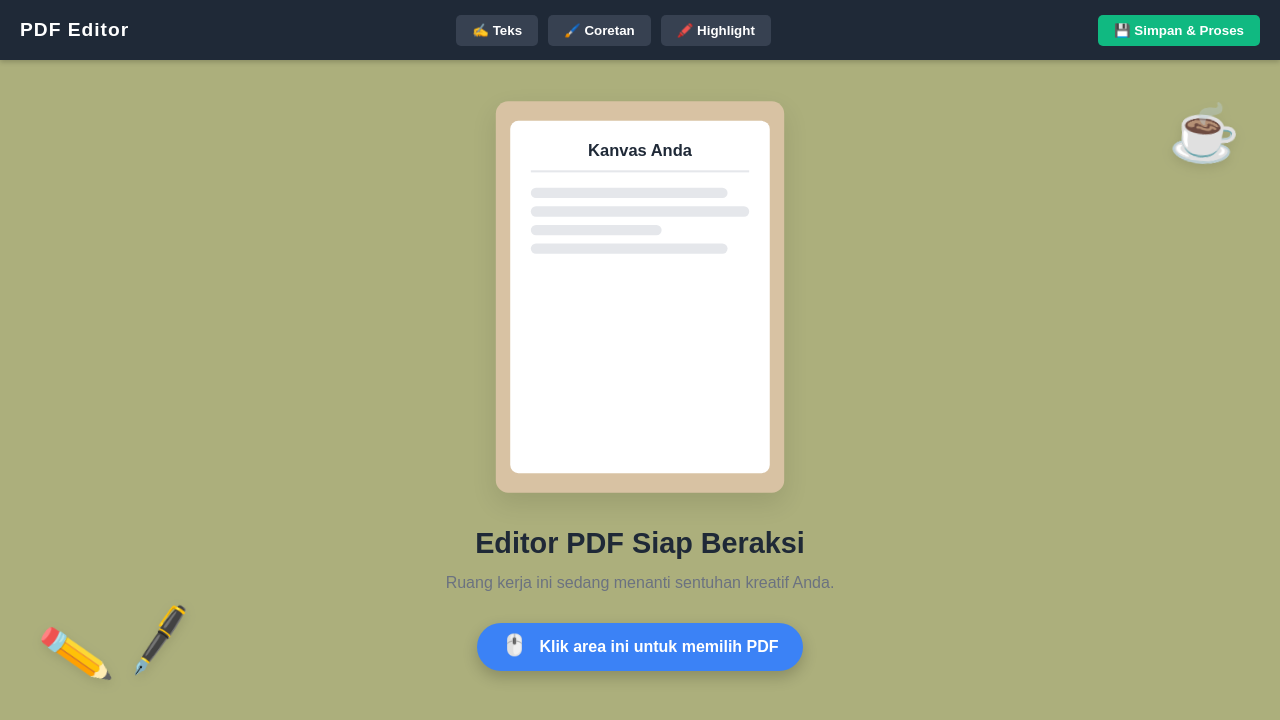
Repository: IkhsanMoekhtar/pdf_editor
Page: /
The author's editor kept a copy of each file at every save. The page is drawn from the files as they stood at one save, then again after the next save.
The browser window is 1280 px wide. The pictures show the whole page.
The pointer rests on the first visible `.empty-state.desktop-scene`.
The project was rebuilt for these pictures with package versions that can differ from the ones it lists, and the page was loaded fresh each time. Also part of the build but not shown: vite.config.js.

Above is the page before, as saved 2026-03-18 04:56:42.

After the next save:
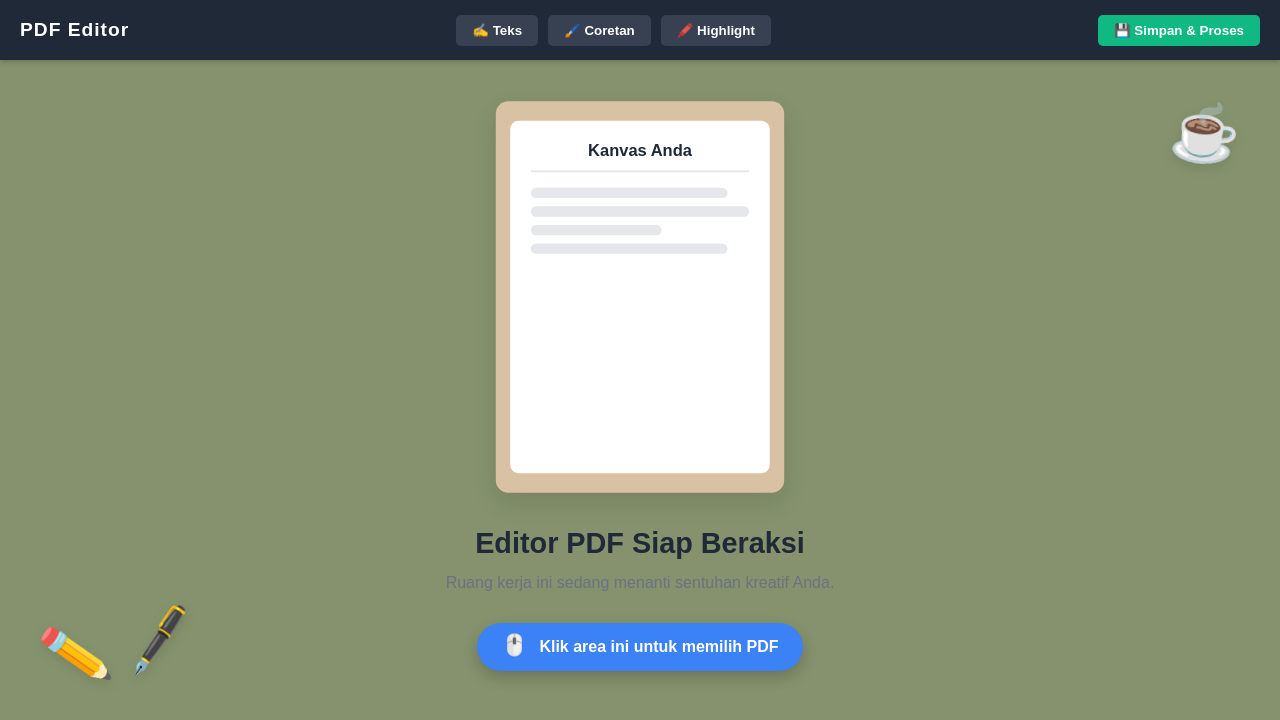
Saved 11 s later.
--- a/src/App.css
+++ b/src/App.css
@@ -74,7 +74,7 @@
 
 /* Sedikit penggelapan latar belakang saat area disorot mouse */
 .empty-state.desktop-scene:hover {
-  background-color: #acaf7c;
+  background-color: #85926d;
 }
 
 .clipboard {
